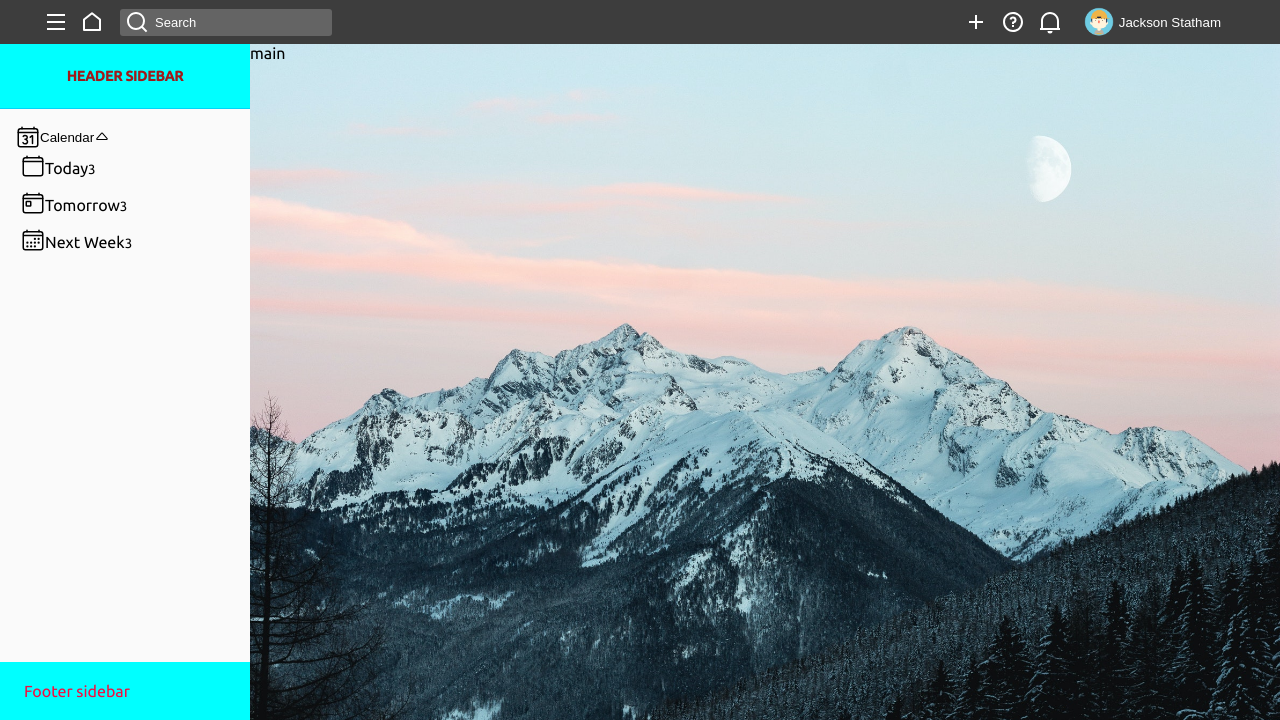
Repository: huuthe1999/to-do-list
Page: /
An editor plug-in stored every save of this project. The page is shown before and after the next save, followed by the edit.
The browser window is 1280 px wide. The pictures show the whole page.
The project was rebuilt for these pictures with package versions that can differ from the ones it lists, and the page was loaded fresh each time. Also part of the build but not shown: src/components/form/addForm/addForm.scss, src/components/form/addForm/AddForm.js, src/components/modal/modal.scss, src/components/modal/Modal.js.

Above is the page before, as saved 2022-02-17 14:50:40.

After the next save:
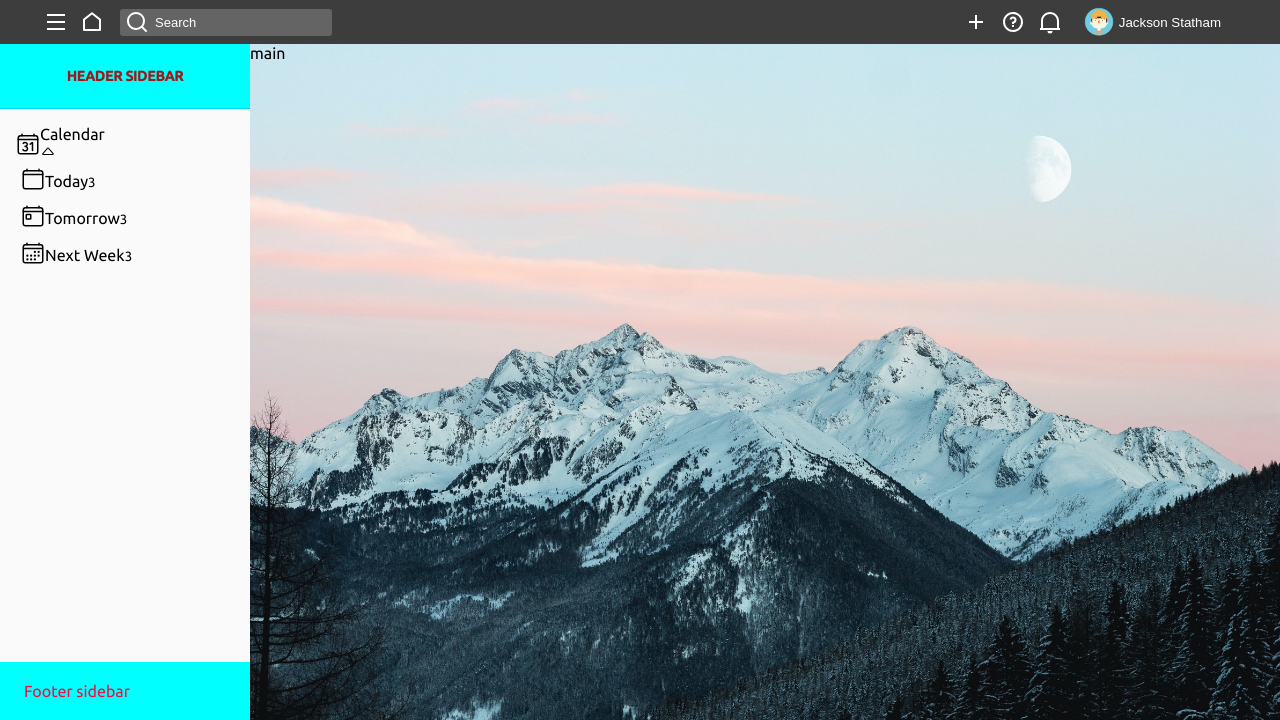
Saved 35 s later.
--- a/src/components/calendar/Calendar.js
+++ b/src/components/calendar/Calendar.js
@@ -19,9 +19,9 @@
 			<div className='calendar__header'>
 				<button className='calendar__header--title'>
 					<IoCalendarNumberOutline size='24px' />
-					<p>Calendar</p>
 				</button>
 				<div className='calendar__header--expand'>
+					<p>Calendar</p>
 					<span>
 						<BsCaretUp />
 					</span>

After the save that followed:
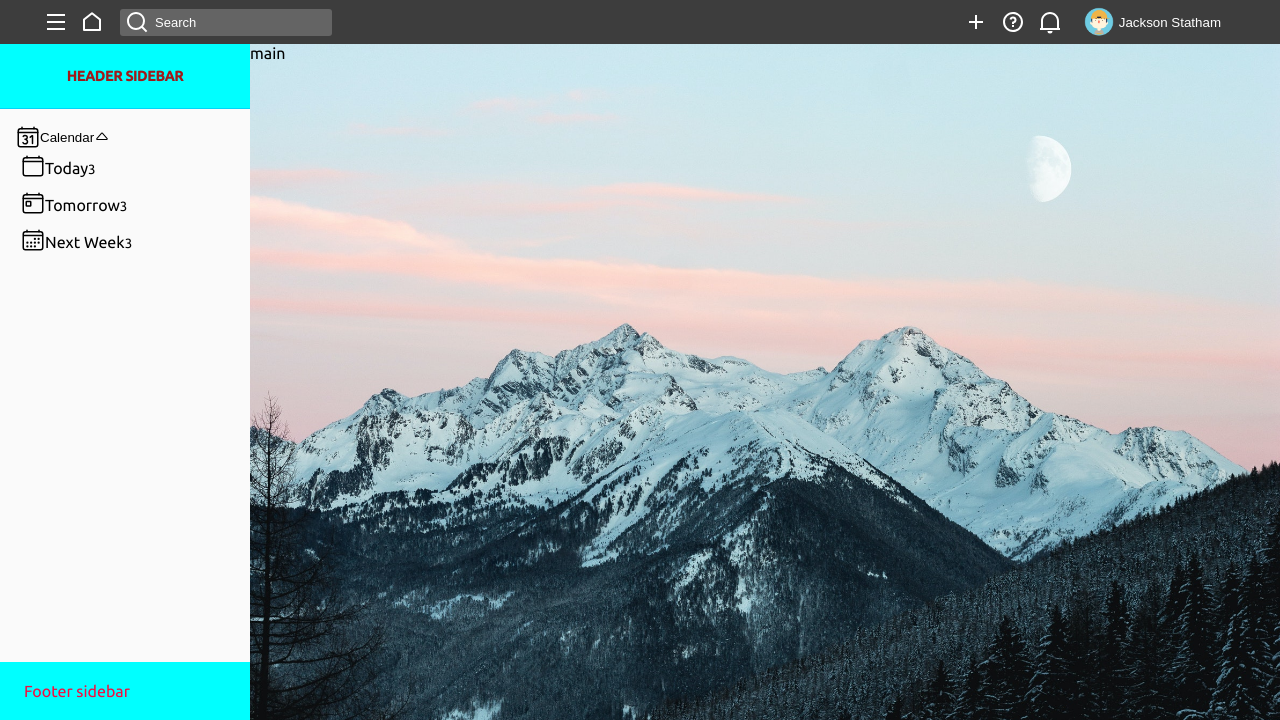
Saved 34 s later.
--- a/src/components/calendar/Calendar.js
+++ b/src/components/calendar/Calendar.js
@@ -19,9 +19,9 @@
 			<div className='calendar__header'>
 				<button className='calendar__header--title'>
 					<IoCalendarNumberOutline size='24px' />
+					<p>Calendar</p>
 				</button>
 				<div className='calendar__header--expand'>
-					<p>Calendar</p>
 					<span>
 						<BsCaretUp />
 					</span>
